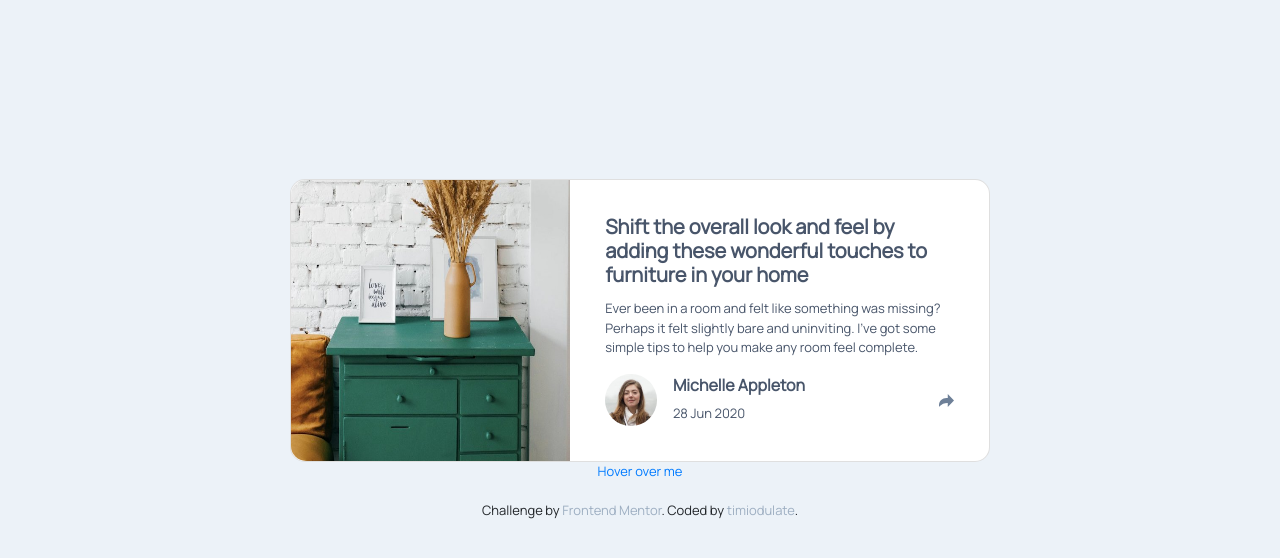
Repository: timiodulate/Article-Preview-Component
Page: index.html
An editor plug-in stored every save of this project. The page is shown before and after a run of saves, followed by the edit.
The browser window is 1280 px wide. The pictures show the whole page.

Above is the page before, as saved 2020-07-11 14:04:24.
Console error (its wording comes from the project's code and is left out).

After the next 3 saves:
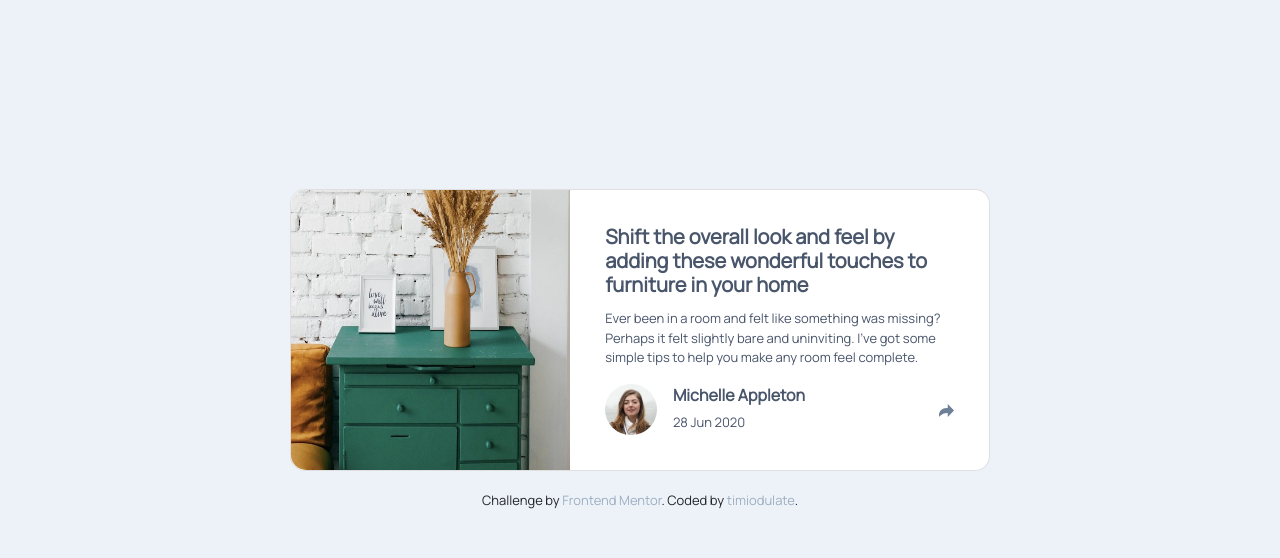
The 3 saves are shown as one change because they came seconds apart.
The last was saved 103 s later.
--- a/index.html
+++ b/index.html
@@ -61,15 +61,7 @@
     </div>
 
     <!-- HTML to write -->
-  <a href="#" data-toggle="toolti" title="Some tooltip tex!">Hover over me</a>
 
-  <!-- Generated markup by the plugin -->
-  <div class="tooltip bs-tooltip-top" role="tooltip">
-    <div class="arrow"></div>
-    <div class="tooltip-inner">
-      Some tooltip text!
-    </div>
-</div>
   </div>
   <div class="attribution">
     Challenge by <a href="https://www.frontendmentor.io?ref=challenge" target="_blank">Frontend Mentor</a>.
